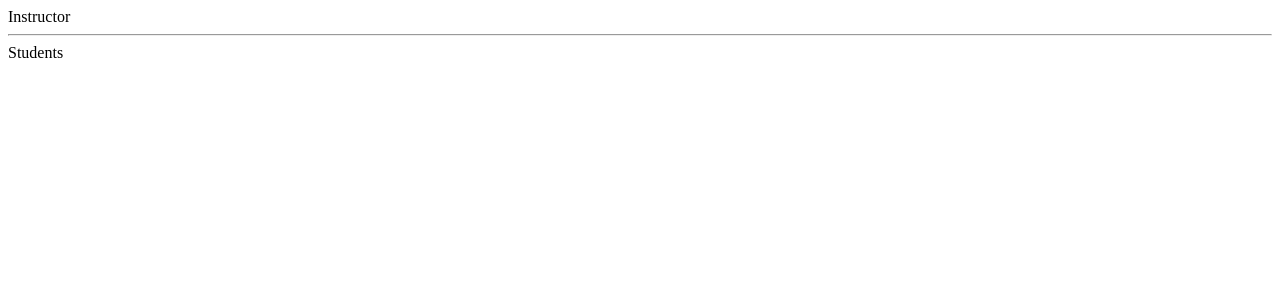
Repository: BrianKolowitz/infsci2560_samples
Page: public_html/week6/jsonjq.html
The author's editor kept a record of every edit. The page is drawn from the files as they stood at one moment, then again after the next edit.
The browser window is 1280 px wide. The pictures show the whole page.
Some web libraries are served in a nearby version.

Above is the page before.

### public_html/week6/jsonjq.html
<!DOCTYPE html>
<html>
    <head>
        <title>TODO supply a title</title>
        <meta charset="UTF-8">
        <meta name="viewport" content="width=device-width, initial-scale=1.0">
        <script type='text/javascript' src="//ajax.googleapis.com/ajax/libs/jquery/2.1.1/jquery.min.js"></script>
        <script type='text/javascript'>
            var infsci2560 = {
                instructor: {firstName: "Brian", lastName: "Kolowitz"},
                students: [
                    {firstName: "John", lastName: "Doe" },
                    {firstName: "Jane" , lastName: "Smith" },
                    {firstName: "Donald" , lastName: "Duck" },
                    {firstName: "Mickey" , lastName: "Mouse" }
                ]
            };

            $(function() {
                $("#instructor").innerHTML = formatName(infsci2560.instructor);

                var $studentList = $("#studentList");
                $(infsci2560.students).each(function(student){
                    $studentList.append("<li>" + formatName(student) + "</li>");
                });

            });

            function formatName(person) {
                return '' + person.lastName + ', ' + person.firstName;
            }
        </script>
    </head>
    <body>
        Instructor<div id='instructor'></div><hr/>
        Students<div><ul id='students'></ul></div>
    </body>
</html>

After the next edit:
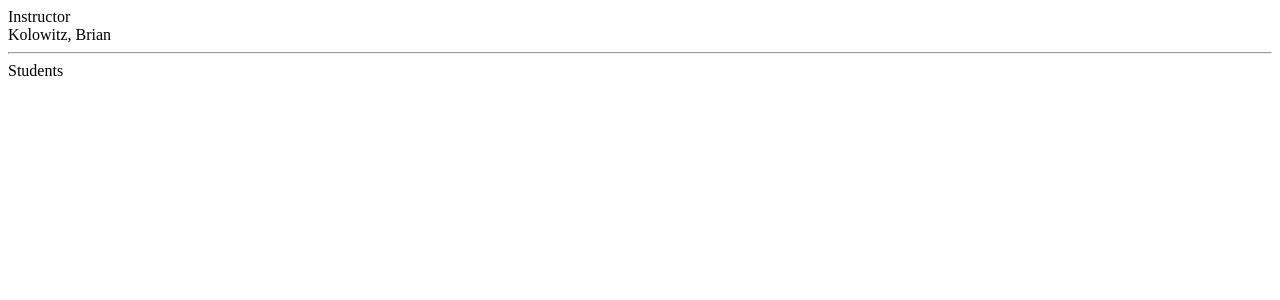
The edit:
--- a/public_html/week6/jsonjq.html
+++ b/public_html/week6/jsonjq.html
@@ -17,7 +17,7 @@
             };
 
             $(function() {
-                $("#instructor").innerHTML = formatName(infsci2560.instructor);
+                $("#instructor").html(formatName(infsci2560.instructor));
 
                 var $studentList = $("#studentList");
                 $(infsci2560.students).each(function(student){
